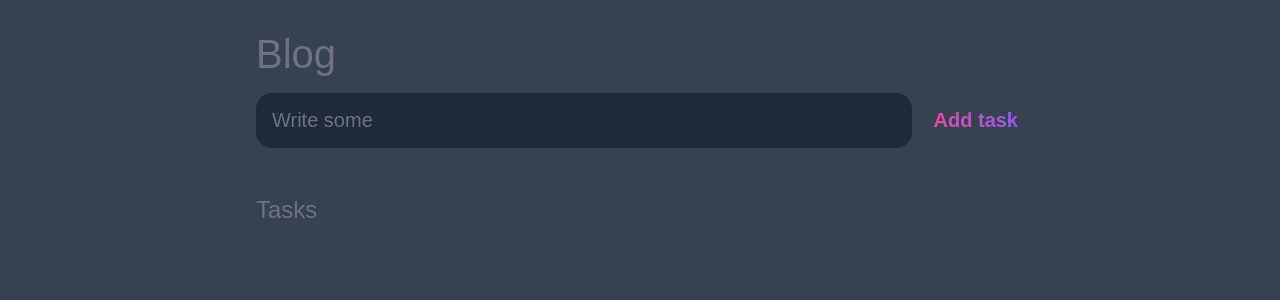
Repository: batonAnton/blog_posts_text_img
Page: index.html
The author's editor kept a copy of each file at every save. The page is drawn from the files as they stood at one save, then again after the next save.
The browser window is 1280 px wide. The pictures show the whole page.

Above is the page before, as saved 2023-01-27 16:48:02.

After the next save:
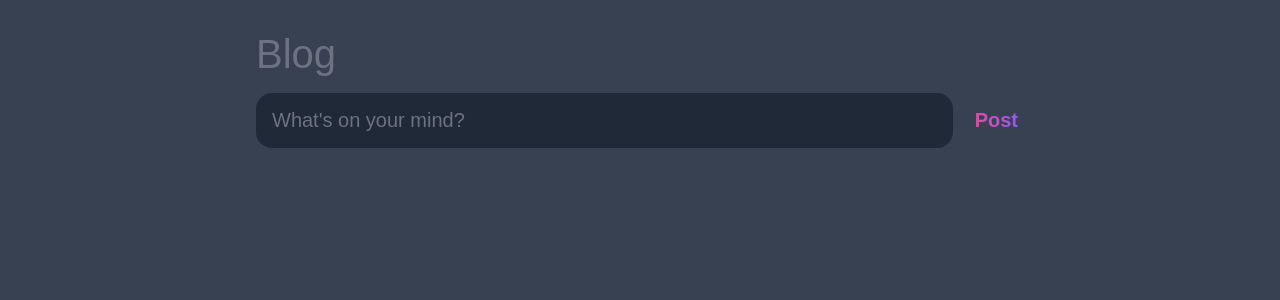
Saved 3 min 38 s later.
--- a/index.html
+++ b/index.html
@@ -4,7 +4,7 @@
 	<meta charset="UTF-8">
 	<meta http-equiv="X-UA-Compatible" content="IE=edge">
 	<meta name="viewport" content="width=device-width, initial-scale=1.0">
-	<title>Task List 2021</title>
+	<title>Blog</title>
 
 	<link rel="stylesheet" href="/css/style.css" />
 </head>
@@ -17,18 +17,20 @@
 				type="text"
 				name="new-task-input"
 				id="new-task-input"
-				placeholder="Write some" />
+				placeholder="What's on your mind?" />
 			<input
 				type="submit"
 				id="new-task-submit"
-				value="Add task" />
+				value="Post" />
 		</form>
 	</header>
+
 	<main>
 		<section class="task-list">
-			<h2>Tasks</h2>
+			<h2></h2>
 
 			<div id="tasks">
+
 
 				<!-- <div class="task">
 					<div class="content">
